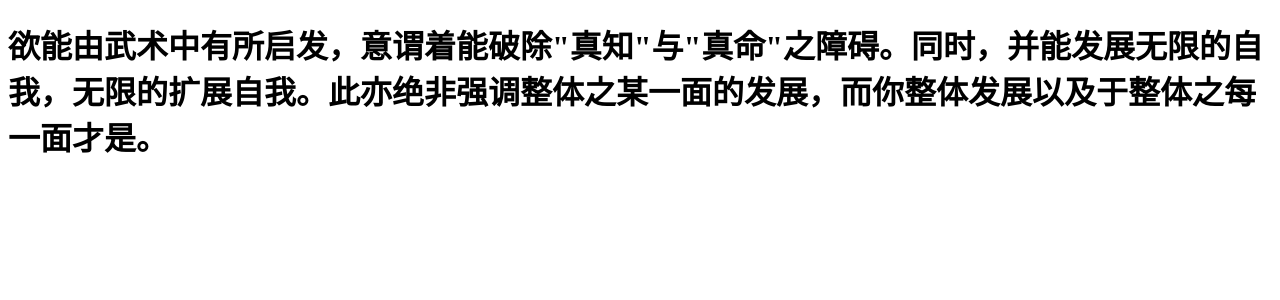
Repository: MasterKweng/workspace
Page: WebBasic/WebContent/Day02/text.html
An editor plug-in stored every save of this project. The page is shown before and after a run of saves, followed by the edit.
The browser window is 1280 px wide. The pictures show the whole page.

Above is the page before, as saved 2018-01-04 06:39:52.

### WebBasic/WebContent/Day02/text.html
<!doctype html>
<html>
	<head>
		<title>文本格式化</title>
		<meta charset="utf-8"/>
	</head>
	<body>
		<h1>欲能由武术中有所启发，意谓着能破除"真知"与"真命"之障碍。同时，并能发展无限的自我，无限的扩展自我。此亦绝非强调整体之某一面的发展，而你整体发展以及于整体之每一面才是。</h1>
		<p></p>
	</body>
</html>

After the next 2 saves:
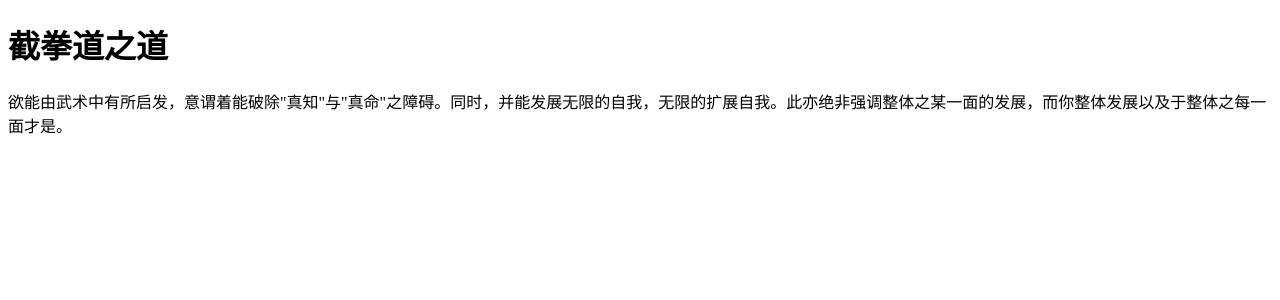
The 2 saves are shown as one change because they came seconds apart.
The last was saved 24 s later.
--- a/WebBasic/WebContent/Day02/text.html
+++ b/WebBasic/WebContent/Day02/text.html
@@ -5,7 +5,7 @@
 		<meta charset="utf-8"/>
 	</head>
 	<body>
-		<h1>欲能由武术中有所启发，意谓着能破除"真知"与"真命"之障碍。同时，并能发展无限的自我，无限的扩展自我。此亦绝非强调整体之某一面的发展，而你整体发展以及于整体之每一面才是。</h1>
-		<p></p>
+		<h1>截拳道之道</h1>
+		<p>欲能由武术中有所启发，意谓着能破除"真知"与"真命"之障碍。同时，并能发展无限的自我，无限的扩展自我。此亦绝非强调整体之某一面的发展，而你整体发展以及于整体之每一面才是。</p>
 	</body>
 </html>
